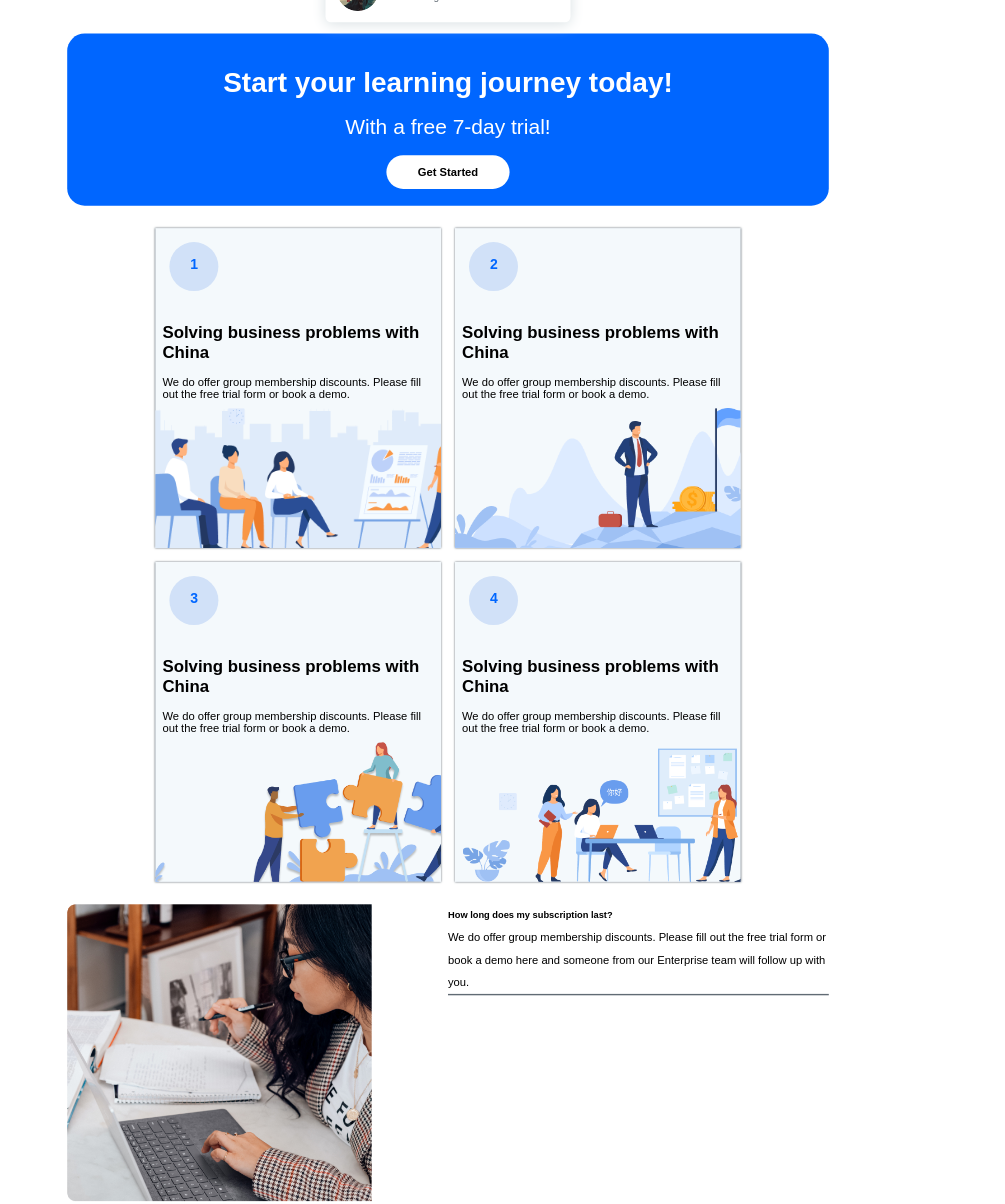
Repository: BinhIT/ChineseLearn
Page: index.html
An editor plug-in stored every save of this project. The page is shown before and after the next save, followed by the edit.
The browser window is 1280 px wide. The page is 1436 px wide, so the pictures cover 1436 px, including what lies to the right of the window. The pictures show the part of the page from y = 2547 to 4267 px (the page is 4267 px tall), at 70% of full size.

Above is the page before, as saved 2023-03-02 08:23:22.
Console error: ReferenceError: $ is not defined

### index.html
<!DOCTYPE html>
<html lang="en">

<head>
    <meta charset="UTF-8">
    <meta http-equiv="X-UA-Compatible" content="IE=edge">
    <meta name="viewport" content="width=device-width, initial-scale=1.0">
    <link rel="icon" type="image/x-icon" href="./image/uil_english-to-chinese.svg">
    <meta name="viewport" content="width=device-width, initial-scale=1">
    <link rel="stylesheet" href="https://cdnjs.cloudflare.com/ajax/libs/font-awesome/4.7.0/css/font-awesome.min.css">
    <meta name="viewport" content="width=device-width, initial-scale=1">
    <link rel="stylesheet" href="https://cdnjs.cloudflare.com/ajax/libs/font-awesome/4.7.0/css/font-awesome.min.css">
    <link rel="stylesheet" href="./css/main.css">
    <link rel="stylesheet" href="./css/header.css">
    <link rel="stylesheet" href="./css/section.css">
    <link rel="stylesheet" href="./css/stories_card.css">
    <link rel="stylesheet" href="./css/4step.css">
    <link rel="stylesheet" href="./css/QA.css">
    <title>Learn Chinese </title>
</head>

<body>
    <nav id="menu_header">
        <a href="javascript:void(0);" class="icon_nav" onclick="myFunction()">
            <i class="fa fa-bars"></i>
        </a>
        <label class="logo_main"><img src="./image/logo.png" alt=""></label>
        <label class="logo_mobile"><img src="./image/logo_short.png" alt=""></label>
        <ul id="menu_link">
            <li><a href="#">About us</a></li>
            <li><a href="#">Fricing</a></li>
            <li><a href="#">Help</a></li>
        </ul>
        <ul id="menu_btn">
            <button class="btn default">Sign In</button>
            <button class="btn info">Get Started</button>
        </ul>

    </nav>
    <!-- Hero section -->
    <section class="hero-section">
        <div class="row flex-container ">
            <div class="hero-col1">
                <h1>We help you learn chinese and get hired quickly</h1>
                <h4>The free, fun, and effective way to learn a language!</h4>
                <button class="btn btn_hero">Get Started</button>
            </div>
            <div class="hero-col2">
                <img src="./image/img-hero.png" alt="">
            </div>
        </div>

    </section>
    <!--End hero section -->
    <!-- Start section -->
    <section class="start-section">
        <div class="row flex-container">
            <div class="start-img">
                <img src="./image/start.png" alt="">
            </div>
            <div class="start-content">
                <h1>Start your business</h1>
                <p>Want to start speaking Chinese from your first lesson? You will! Our lessons take you by the hand and
                    guide you through real Chinese conversations. Our teachers slow down and explain every word and
                    phrase.
                </p>
                <p>
                    Just imagine... you’ll finally understand every Chinese word you hear.Learning for travel or love?
                    Want
                    to focus on reading, writing, grammar or culture? You get lessons based on your goals and needs.
                </p>
            </div>

        </div>

    </section>
    <!--End Start section -->
    <!-- Innovative section -->
    <section class="row innovative-section">
        <div class=" innovative-container">
            <div class="innovative-content">
                <h1>Innovative teaching methods</h1>
                <h4>Transform your life by committing to learning for 30 minutes a day</h4>
            </div>
            <div class="innovative-img">
                <img src="./image/innovative.png" alt="">
            </div>

        </div>

    </section>
    <!--End Innovative section -->
    <!-- Section stories student -->
    <section class="stories-section">
        <h1>Success stories of our students</h1>
        <div class="wrapper">

            <div class="card">
                <div class="card-banner">
                    <img class="icon-img" src='./image/bi_chat-quote.svg' alt=''>
                </div>
                <div class="card-body">
                    <p class="blog-description">"The courses are hands-on and allow you to practice as you learn so the
                        concepts stick better. Their Career Paths and interview prep content also offer general insights
                        and helpful tips on job searching in tech."
                    </p>
                    <div class="card-profile">
                        <img class="profile-img" src='./image/Ellipse 1.png' alt=''>
                        <div class="card-profile-info">
                            <h3 class="profile-name">Savannah Nguyen</h3>
                            <p class="profile-followers">Medical Assistant</p>
                        </div>
                    </div>
                </div>
            </div>

            <div class="card">
                <div class="card-banner">
                    <img class="icon-img" src='./image/bi_chat-quote.svg' alt=''>
                </div>
                <div class="card-body">
                    <p class="blog-description">"Great courses and very helpful tips for career build-up! I love the
                        learning methods, very complete with projects and quizzes that help you review your knowledge."
                    </p>

                    <div class="card-profile">
                        <img class="profile-img" src='./image/Ellipse 2.png' alt=''>
                        <div class="card-profile-info">
                            <h3 class="profile-name">Savannah Nguyen</h3>
                            <p class="profile-followers">Dog Trainer</p>
                        </div>
                    </div>
                </div>
            </div>

            <div class="card">
                <div class="card-banner">
                    <img class="icon-img" src='./image/bi_chat-quote.svg' alt=''>
                </div>
                <div class="card-body">
                    <p class="blog-description">"It is so helpful to have a thoroughly designed curriculum put together
                        for a step by step learning journey. The little coding tasks and bigger projects are well
                        designed to reinforce the concepts."
                    </p>

                    <div class="card-profile">
                        <img class="profile-img" src='./image/Ellipse 3.png' alt=''>
                        <div class="card-profile-info">
                            <h3 class="profile-name">Cody Fisher</h3>
                            <p class="profile-followers">Web Designer</p>
                        </div>
                    </div>
                </div>
            </div>

        </div>
    </section>
    <!--End  Section stories student -->
    <!-- Section call to action -->
    <section class="call-action-section">
        <div class="wrapper call-action-wrapper">
            <h1>Start your learning journey today!</h1>
            <h3>With a free 7-day trial!</h3>
            <div>
                <button class="btn btn_defaut">Get Started</button>
            </div>

        </div>
    </section>
    <!--End  Section call to action -->
    <!-- Section steps-->
    <section class="steps-section">
        <div class="wrapper steps-wrapper">
            <div class="card-steps">
                <div class="card-steps-action">
                    <div class="step-number">
                        <h4>1</h4>
                    </div>
                </div>
                <div class="card-steps-content">
                    <h2>Solving business problems with China</h2>
                    <p>We do offer group membership discounts. Please fill out the free trial form or book a demo.</p>
                </div>
                <div class="card-steps-image" style="background-image: url('./image/step1-bg.png')">
                </div>
            </div>
            <div class="card-steps">
                <div class="card-steps-action">
                    <div class="step-number">
                        <h4>2</h4>
                    </div>
                </div>
                <div class="card-steps-content">
                    <h2>Solving business problems with China</h2>
                    <p>We do offer group membership discounts. Please fill out the free trial form or book a demo.</p>
                </div>
                <div class="card-steps-image" style="background-image: url('./image/step2-bg.png')">
                </div>
            </div>
            <div class="card-steps">
                <div class="card-steps-action">
                    <div class="step-number">
                        <h4>3</h4>
                    </div>
                </div>
                <div class="card-steps-content">
                    <h2>Solving business problems with China</h2>
                    <p>We do offer group membership discounts. Please fill out the free trial form or book a demo.</p>
                </div>
                <div class="card-steps-image" style="background-image: url('./image/step3-bg.png')">
                </div>
            </div>
            <div class="card-steps">
                <div class="card-steps-action">
                    <div class="step-number">
                        <h4>4</h4>
                    </div>
                </div>
                <div class="card-steps-content">
                    <h2>Solving business problems with China</h2>
                    <p>We do offer group membership discounts. Please fill out the free trial form or book a demo.</p>
                </div>
                <div class="card-steps-image" style="background-image: url('./image/step4-bg.png')">
                </div>
            </div>


        </div>

    </section>
    <!--End  Section steps -->
    <!-- Section QA-->
    <section class="qa-section">
        <div class="wrapper qa-container">
            <div class="qa-img col">
                <img src="./image/QA.png" alt="">
            </div>
            <div class="qa-content col">
                <div class="div-question">
                    <h5>How long does my subscription last?</h5>
                    <p>We do offer group membership discounts. Please fill out the free trial form or book a demo here
                        and someone from our Enterprise team will follow up with you.</p>
                </div>
            </div>
        </div>
    </section>
</body>
<script src="./js/header.js"></script>

</html>

### css/main.css
:root {
    --clr-gray-light: #d7dfe2;
    --clr-gray-med: #616b74;
    --clr-gray-dark: #414b56;
    --clr-primary: #0066FF;
    ;
}

@import url('https://fonts.googleapis.com/css2?family=Poppins:wght@500;600&display=swap');



* {
    padding: 0;
    margin: 0;
    text-decoration: none;
    list-style: none;
    font-family: 'Poppins', sans-serif;

}

body {
    width: 85%;
    padding: auto;
    margin: auto;
}

.wrapper {
    padding-top: 2%;
    display: flex;
    flex-wrap: wrap;
    justify-content: center;
}

.btn {
    border-radius: 25px;
    font-size: 16px;
    cursor: pointer;
    border: none;

}

.btn_defaut {
    background-color: #fff;
    padding: 15px 45px;
    font-weight: 700;
    color: #000;

}

.call-action-wrapper {
    color: #ffff;
    text-align: center;
    line-height: 4em;
    background-color: var(--clr-primary);
    flex-direction: column;
    height: 14em;
    border-radius: 25px;

}

.call-action-wrapper h1 {
    font-size: 40px;
}

.call-action-wrapper h3 {
    font-size: 30px;
    font-weight: 400;
}

### css/header.css
#menu_header {
    display: flex;
    flex-wrap: nowrap;
    justify-content: space-between;
    align-items: center;
}

nav {
    height: 65px;
    margin: 0 auto;
    background: #ffffff;
    border-bottom: 2px solid #B3B3B3;
}

label.logo {
    font-size: 35px;
    font-weight: bold;
    color: #fff;
    padding: 0 100px;
    line-height: 80px;
}

nav ul {
    float: right;
    margin-right: 40px;
}

nav li {
    display: inline-block;
    margin: 0 8px;
    line-height: 80px;
}

nav a {
    color: #000000;
    font-size: 18px;
    font-weight: 700;
    border: 1px solid transparent;
    padding: 7px 10px;
    border-radius: 3px;
}

a.active,
a:hover {
    border: 1px solid #000000;
    transition: .5s;
}


/* Blue */
.info {
    background-color: #0066FF;
    border-color: #2196F3;
    color: rgb(255, 255, 255);
    padding: 8px 28px;
}

.info:hover {
    background: #0066FF;
    color: white;
}

/* Gray */
.default {
    border-color: #e7e7e7;
    color: black;
    padding: 8px 28px;
}

.default:hover {
    background: #e7e7e7;
}

/* logo */
.logo_mobile {
    display: none;
}

#menu_header .icon_nav {
    display: none;

}



@media only screen and (max-width:854px) {
    .logo_mobile {
        display: block;
    }

    .logo_main {
        display: none;
    }

    nav {
        width: 95%;
    }

    #menu_header .icon_nav {
        display: block;
        width: 30%;
    }

    #menu_btn {
        display: contents;
        float: right;
    }

    #menu_btn .default {
        display: none;
    }

    #menu_header #menu_link {
        display: none;
    }

    .btn_header {
        font-size: 5px;
        padding: 8px 25px;
    }


}

@media only screen and (max-width: 1024px) {
    nav #icon {
        display: block;
    }

    .logo_mobile {
        display: block;
        width: 15%;
    }

    .logo_main {
        display: none;
    }

    nav a {
        font-size: 18px;
    }

    a.active,
    a:hover {
        border: none;
        color: #3498db;
    }

    nav ul.show {
        left: 0;
    }

    .btn_header {

        font-size: 8px;
    }
}

### css/section.css
/* section hero */
.row {

    margin: auto;
    padding: auto;
}

.hero-section {
    padding-top: 5%;
}

.hero-col1 {
    padding-top: 4%;
    line-height: 5em;
}

.hero-col1 h1 {
    font-size: 45px;

}

.flex-container {
    display: flex;
}

.btn_hero {
    background-color: var(--clr-primary);
    border-color: #2196F3;
    color: rgb(255, 255, 255);
    padding: 10px 35px;
}

/* Start section */
.start-section {
    margin-top: 5%;
}

.start-content {
    padding: 5% 5%;
    margin: auto;
}

.start-content h1 {
    font-size: 40px;
}

.start-content p {
    font-size: 20px;
    padding-top: 5%;
}

/* innovative-section */
.innovative-section {
    margin-top: 5%;
    background-color: var(--clr-primary);
    text-align: center;
    border-radius: 25px;
}

.innovative-container {
    display: flex;
    flex-direction: column;
    justify-content: space-around;
}

.innovative-content {
    line-height: 4em;
    display: block;
    margin-left: auto;
    margin-right: auto;
    padding: 2%;
    color: #ffffff;
}

.innovative-content h1 {
    font-size: 40px;
}

.innovative-content h4 {
    font-weight: 300;
    font-size: 30px;
}

.innovative-img img {
    padding-top: 2%;
}

/* reponsive section */
@media screen and (max-width: 1265px) {
    .flex-container {
        flex-wrap: wrap;
    }

    .innovative-img img {
        max-width: 90%;
    }


}

/* tablet */
@media screen and (max-width: 1024px) {
    .hero-col1 h1 {
        font-size: 50px;

    }

    .hero-col1 h4 {
        font-size: 30px;

    }

    .innovative-img img {
        max-width: 90%;
    }
}

/* Mobile */
@media only screen and (min-width: 595px) and (max-width:765px) {
    .hero-col1 {
        line-height: 4em;
    }

    .hero-col1 h1 {
        font-size: 50px;

    }

    .hero-col1 h4 {
        font-size: 30px;

    }


    .start-img img {
        width: 85%;
    }

    .start-content h1 {
        font-size: 25px;
    }

    .start-content p {
        font-size: 15px;
    }

    .hero-col2 img {
        width: 85%;
        padding: 5% 5%;
    }

}

@media only screen and (min-width: 360px) and (max-width:594px) {
    .hero-col1 {
        line-height: 3em;
    }

    .hero-col2 img {
        padding: 5% 5%;
    }

    .hero-col1 h1 {
        font-size: 35px;
    }

    .hero-col1 h4 {
        font-size: 19px;

    }

    .start-img img {
        width: 85%;
    }

    .start-content h1 {
        font-size: 25px;
    }

    .start-content p {
        font-size: 15px;
    }

    .hero-col2 img {
        width: 85%;
        padding: 5% 5%;
    }
}

### css/stories_card.css
.card {
    overflow: hidden;
    box-shadow: 0px 2px 20px var(--clr-gray-light);
    background: white;
    border-radius: 0.5rem;
    position: relative;
    width: 350px;
    margin: 1rem;
    transition: 250ms all ease-in-out;
    cursor: pointer;
}

.card:hover {
    transform: scale(1.05);
    box-shadow: 0px 2px 40px var(--clr-gray-light);
}

.icon-img {
    padding-top: 2%;
    height: 2rem;
    width: 14%;
}


.card-body {
    margin: 2rem 1rem 1rem 1rem;
}

.blog-hashtag {
    font-size: 0.9rem;
    font-weight: 500;
    color: var(--clr-link);
}

.blog-title {
    line-height: 1.5rem;
    margin: 1rem 0 0.5rem;
}

.blog-description {
    color: var(--clr-gray-med);
    font-size: 0.9rem;
    text-align: left;
}

.card-profile {
    display: flex;
    margin-top: 2rem;
    align-items: center;
}

.profile-img {
    width: 60px;
    height: 60px;
    object-fit: cover;
    border-radius: 50%;
}

.card-profile-info {
    margin-left: 1rem;
}

.profile-name {
    font-size: 1rem;
}

.profile-followers {
    color: var(--clr-gray-med);
    font-size: 0.9rem;
}

.stories-section h1 {
    padding-top: 2%;
    text-align: center;
}

### css/4step.css
.card-steps {
    width: calc(39.33333% - 20px);
    display: flex;
    flex-wrap: wrap;
    flex-direction: column;
    margin: 10px;
    background-color: rgb(244, 249, 252);
    box-shadow: 0 0 3px var(--clr-gray-med);
}

.card-steps-image {
    flex: 0 0 auto;
    min-height: 100px;
    height: 200px;
    background-size: cover;
    background-position: center;
}

.card-steps-content {
    padding-top: 15%;
    flex: 1 0 auto;
    width: 100%;

}

.card-steps-content * {
    padding: 10px
}

.card-steps-action {
    flex: 0 0 auto;
    align-self: flex-end;
    width: 100%;
    height: 4em;
}

.card-steps-action * {
    padding: 10px;
}

.step-number {
    background-color: #D1E1F8;
    text-align: center;
    color: var(--clr-primary);
    border-radius: 100%;
    font-size: 20px;
    margin: 5% 5%;
    width: 50px;
    height: 50px;
}

@media (max-width: 768px) {
    .container {
        margin: 0;
    }

    .card-steps {
        width: 100%;
        flex-direction: row;
    }

    .card-steps-image {
        height: auto;
        flex: 1 0;
    }

    .card-steps-content {
        flex: 2 0;
    }

    .card-steps-action {
        flex: 1 0 100%;
    }
}

### css/QA.css
.qa-container .col {
    width: 50%;
}

.qa-img img {
    max-width: 80%;
    height: auto;
}

.div-question {
    border-bottom: 2px solid var(--clr-gray-med);
    line-height: 2em;
}

### js/header.js
var $animation_elements = $('.animation-element');
var $window = $(window);

function check_if_in_view() {
    var window_height = $window.height();
    var window_top_position = $window.scrollTop();
    var window_bottom_position = (window_top_position + window_height);

    $.each($animation_elements, function () {
        var $element = $(this);
        var element_height = $element.outerHeight();
        var element_top_position = $element.offset().top;
        var element_bottom_position = (element_top_position + element_height);

        //check to see if this current container is within viewport
        if ((element_bottom_position >= window_top_position) &&
            (element_top_position <= window_bottom_position)) {
            $element.addClass('in-view');
        } else {
            $element.removeClass('in-view');
        }
    });
}

$window.on('scroll resize', check_if_in_view);
$window.trigger('scroll');

After the next save:
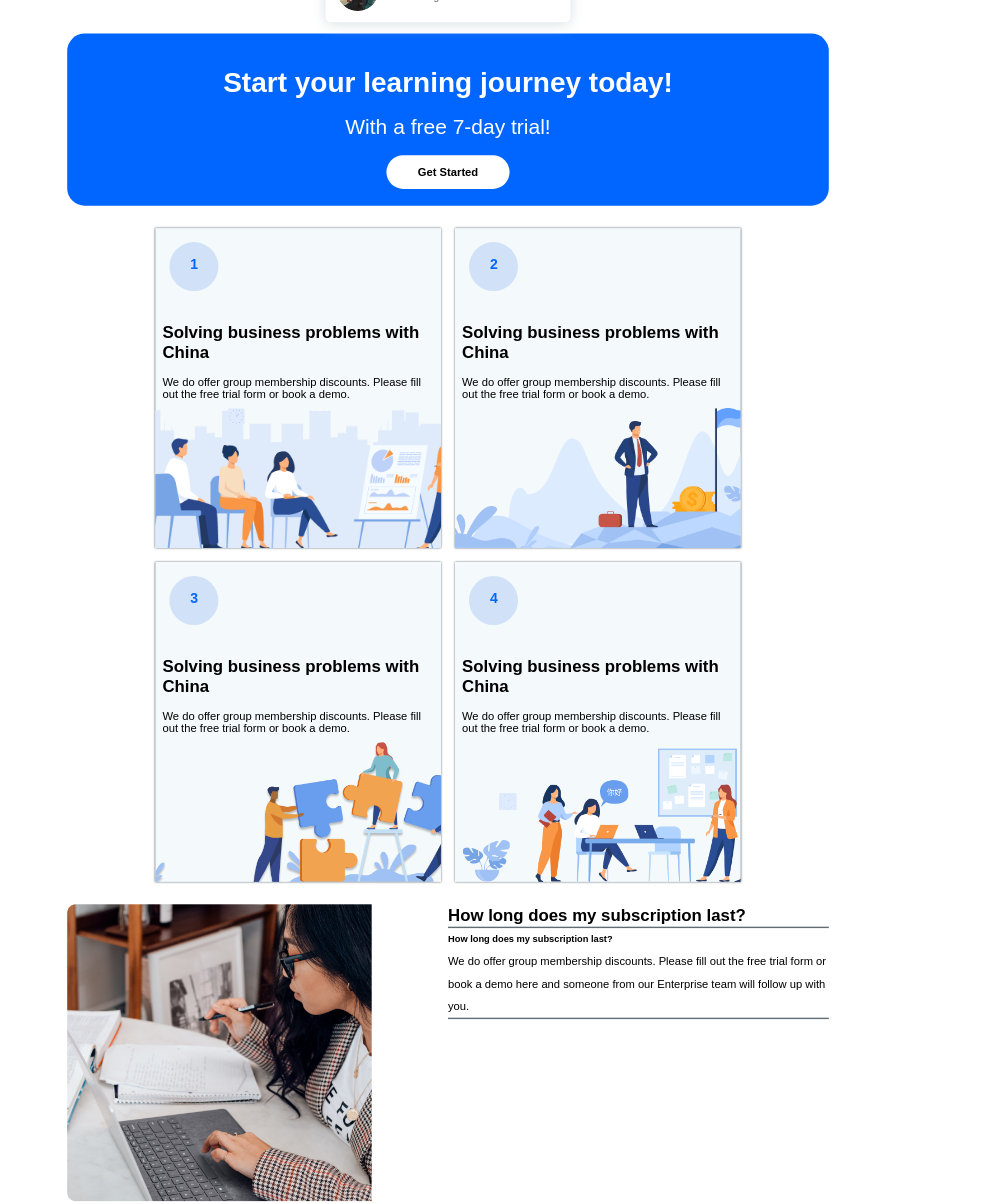
Saved 67 s later.
--- a/index.html
+++ b/index.html
@@ -237,6 +237,9 @@
             </div>
             <div class="qa-content col">
                 <div class="div-question">
+                    <h1>How long does my subscription last?</h1>
+                </div>
+                <div class="div-question">
                     <h5>How long does my subscription last?</h5>
                     <p>We do offer group membership discounts. Please fill out the free trial form or book a demo here
                         and someone from our Enterprise team will follow up with you.</p>
